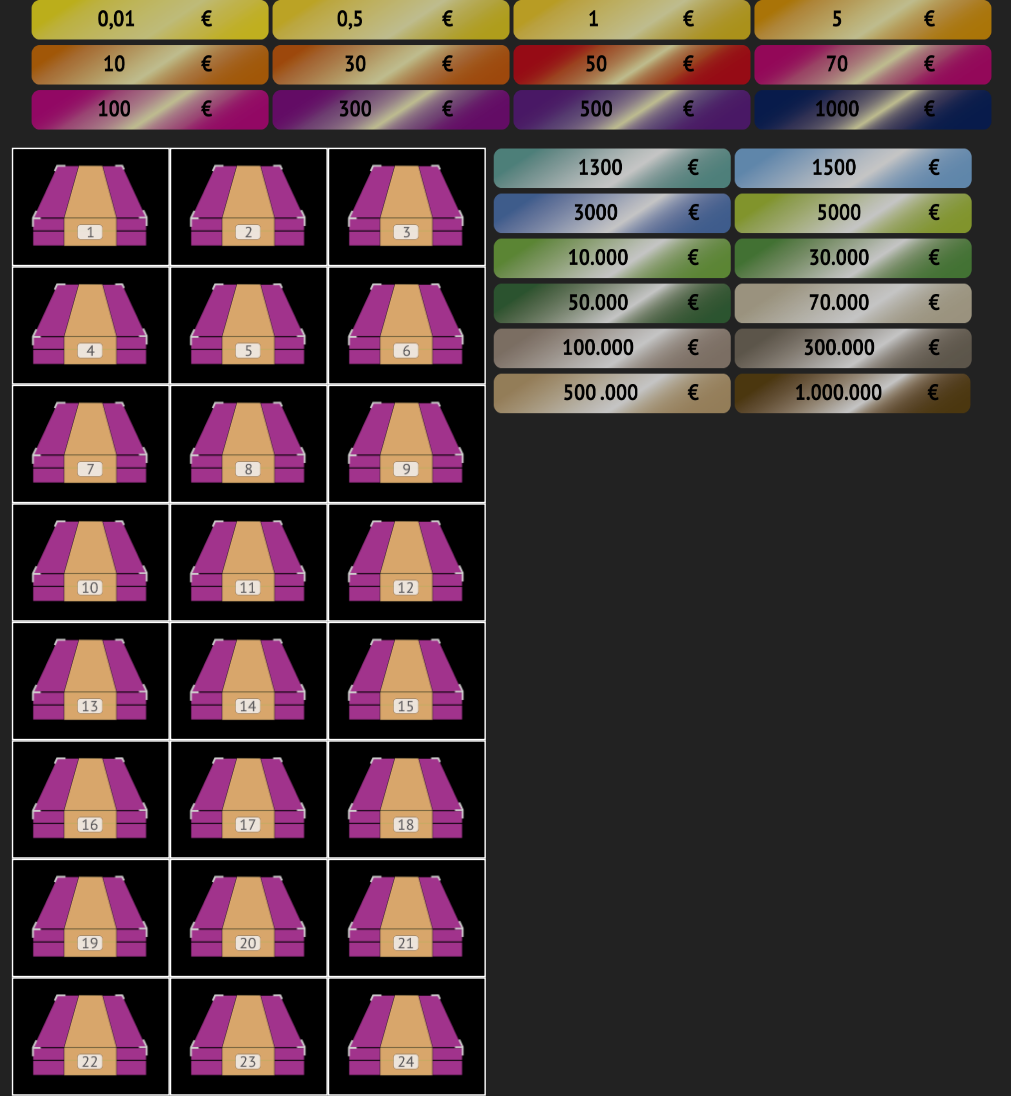
Repository: elnacp/Deal_or_no_deal
Page: DealOrNoDeal/index.html
An editor plug-in stored every save of this project. The page is shown before and after the next save, followed by the edit.
The browser window is 1280 px wide. The pictures show the whole page, at 79% of full size.
Some web libraries are served in a nearby version.

Above is the page before, as saved 2017-11-27 00:00:26.

After the next save:
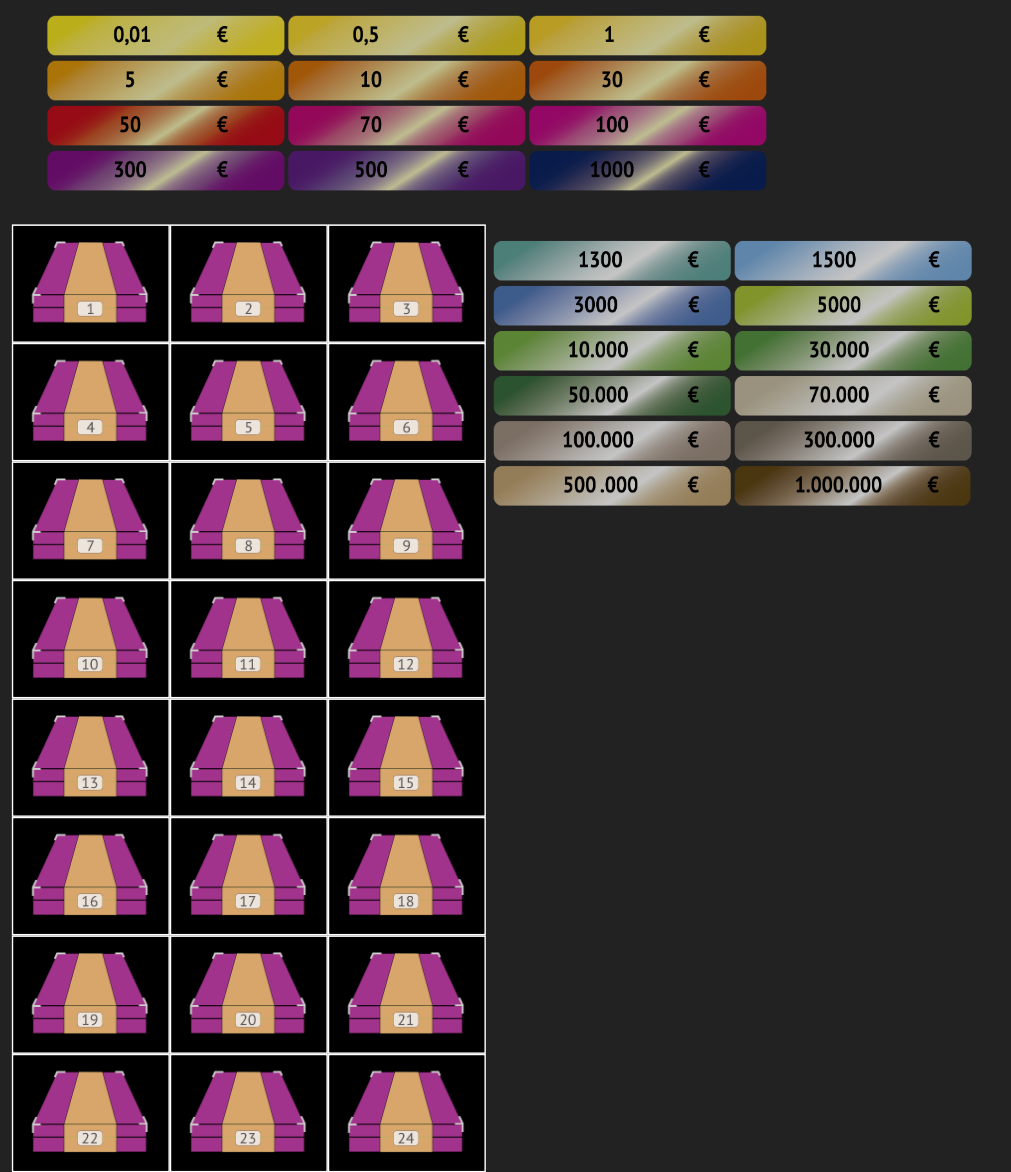
Saved 46 s later.
--- a/DealOrNoDeal/css/style.css
+++ b/DealOrNoDeal/css/style.css
@@ -24,7 +24,7 @@ body {
 
 .col{
 
-	padding: 0px;
+	padding: 20px;
 
 }
 
